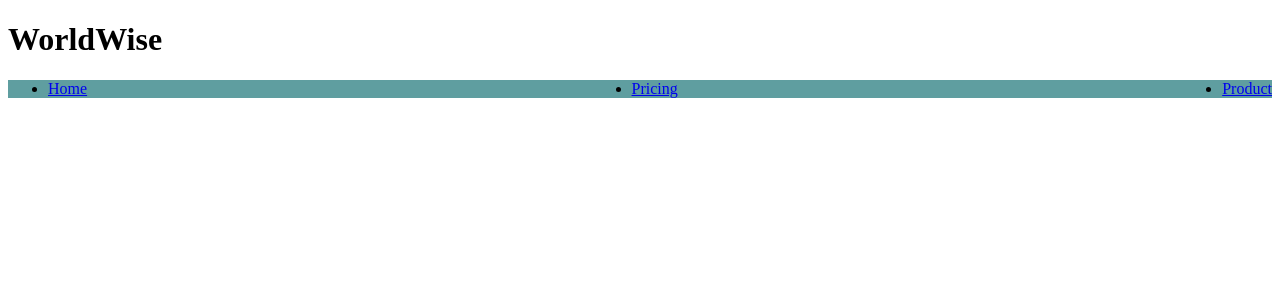
Repository: pmcalmeida/worldwise
Page: /
These files come from the project's save history. The page is drawn as it stood at one moment and after the next save; the edit follows.
The browser window is 1280 px wide. The pictures show the whole page.
The project was rebuilt for these pictures with package versions that can differ from the ones it lists, and the page was loaded fresh each time. Also part of the build but not shown: vite.config.js, src/pages/Product.jsx, src/pages/Pricing.jsx, src/pages/PageNotFound.jsx. Imported but missing from the stored project, and not drawn on this page: src/pages/AppLayout.

Above is the page before, as saved 2024-07-17 16:05:01.

### src/App.jsx
import { BrowserRouter, Route, Routes } from "react-router-dom";
import Product from "./pages/Product";
import Pricing from "./pages/Pricing";
import Home from "./pages/Home";
import PageNotFound from "./pages/PageNotFound";

function App() {
  return (
    <BrowserRouter>
        <Routes>
          <Route path="/" element={<Home />}></Route>
          <Route path="product" element={<Product />}></Route>
          <Route path="pricing" element={<Pricing />}></Route>
          <Route path="*" element={<PageNotFound />}></Route>
        </Routes>
      </BrowserRouter>
  )
}

export default App

### src/pages/Home.jsx
import PageNav from "../components/PageNav"

function Home() {
    return (
        <div>
            <h1>WorldWise</h1>
            <PageNav />
        </div>
    )
}

export default Home

### src/components/PageNav.jsx
import { NavLink } from "react-router-dom"
import styles from "./PageNav.module.css";

function PageNav() {
    return (
        <nav>
            <ul className={styles.nav}>
                <li>
                    <NavLink to="/">Home</NavLink>
                </li>
                <li>
                    <NavLink to="/pricing">Pricing</NavLink>
                </li>
                <li>
                    <NavLink to="/product">Product</NavLink>
                </li>
            </ul>
        </nav>
    )
}

export default PageNav

### src/components/PageNav.module.css
.nav {
    display: flex;
    justify-content: space-between;
    background-color: cadetblue;
}

.nav ul {
    list-style: none;
}

Loaded but not shown: index.html (common file); src/main.jsx (common file)

After the next save:
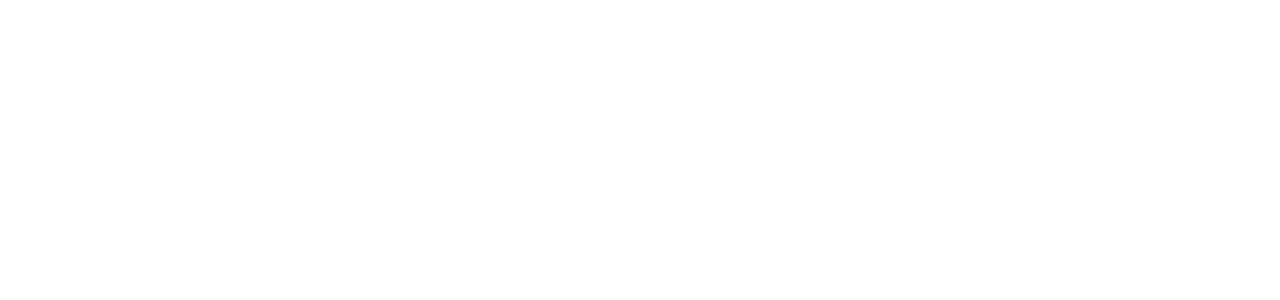
Console error: ReferenceError: AppLayout is not defined
Saved 61 s later.
--- a/src/App.jsx
+++ b/src/App.jsx
@@ -11,6 +11,7 @@
           <Route path="/" element={<Home />}></Route>
           <Route path="product" element={<Product />}></Route>
           <Route path="pricing" element={<Pricing />}></Route>
+          <Route path="app" element={<AppLayout />}></Route>
           <Route path="*" element={<PageNotFound />}></Route>
         </Routes>
       </BrowserRouter>

After the 3 saves that followed:
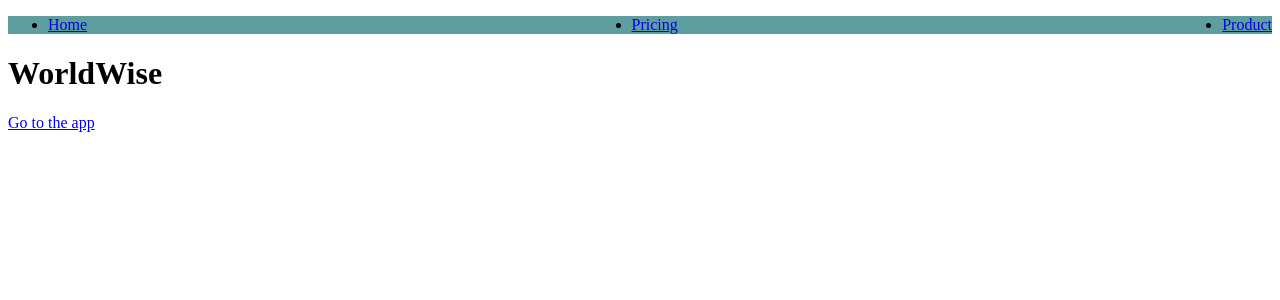
The error is gone.
The 3 saves are shown as one change because 2 left the picture as it was.
The last was saved 72 s later.
--- a/src/App.jsx
+++ b/src/App.jsx
@@ -3,6 +3,7 @@
 import Pricing from "./pages/Pricing";
 import Home from "./pages/Home";
 import PageNotFound from "./pages/PageNotFound";
+import AppLayout from "./pages/AppLayout";
 
 function App() {
   return (
--- a/src/pages/Home.jsx
+++ b/src/pages/Home.jsx
@@ -1,10 +1,12 @@
+import { Link } from "react-router-dom"
 import PageNav from "../components/PageNav"
 
 function Home() {
     return (
         <div>
+            <PageNav />
             <h1>WorldWise</h1>
-            <PageNav />
+            <Link to="/app">Go to the app</Link>
         </div>
     )
 }
